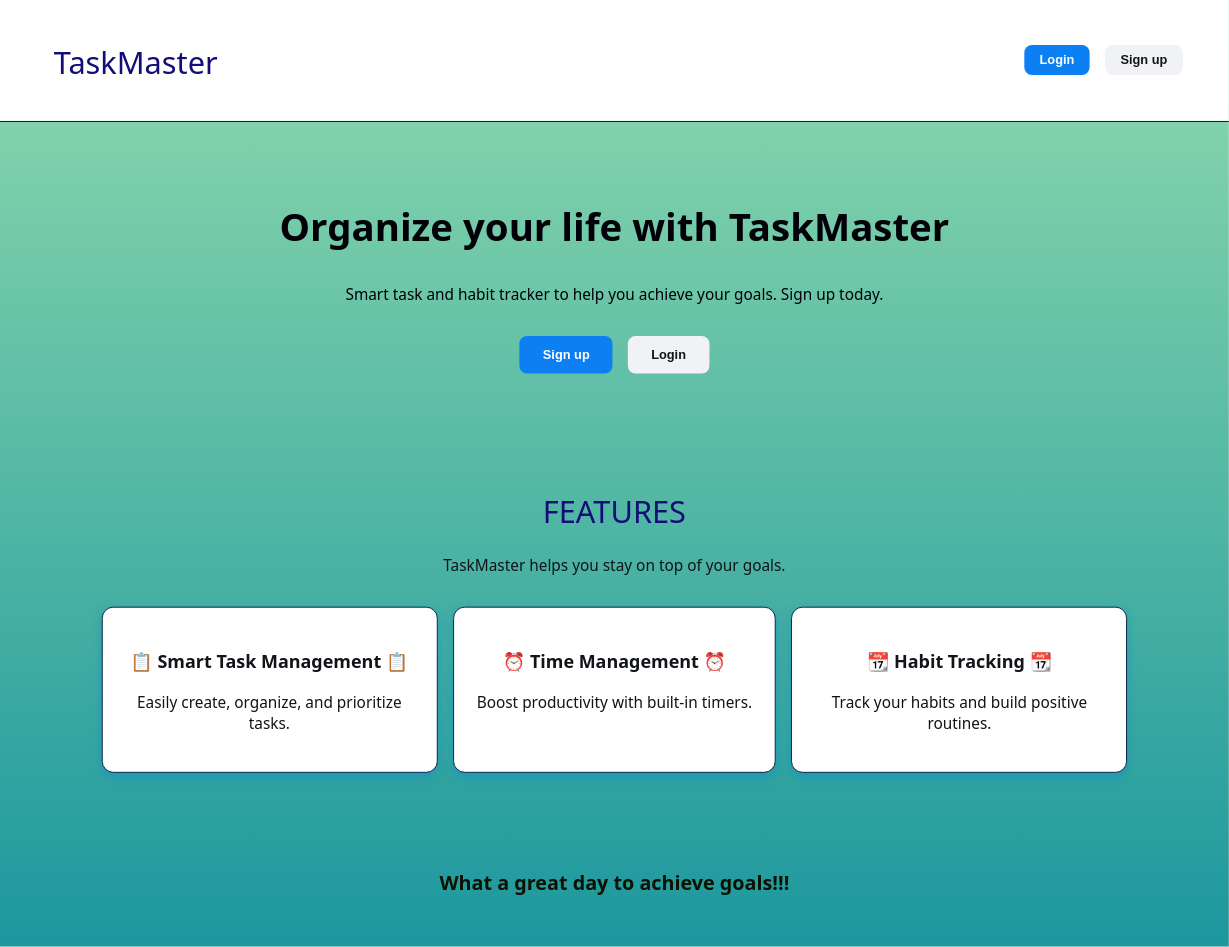
Repository: RachelB9913/smart-task-and-habit-tracker
Page: /
The author's editor kept a copy of each file at every save. The page is drawn from the files as they stood at one save, then again after the next save.
The browser window is 1280 px wide. The pictures show the whole page, at 96% of full size.
The project was rebuilt for these pictures with package versions that can differ from the ones it lists, and the page was loaded fresh each time. Also part of the build but not shown: src/services/api.js, src/components/Login.js, src/components/Register.js.

Above is the page before, as saved 2025-06-18 12:56:04.

After the next save:
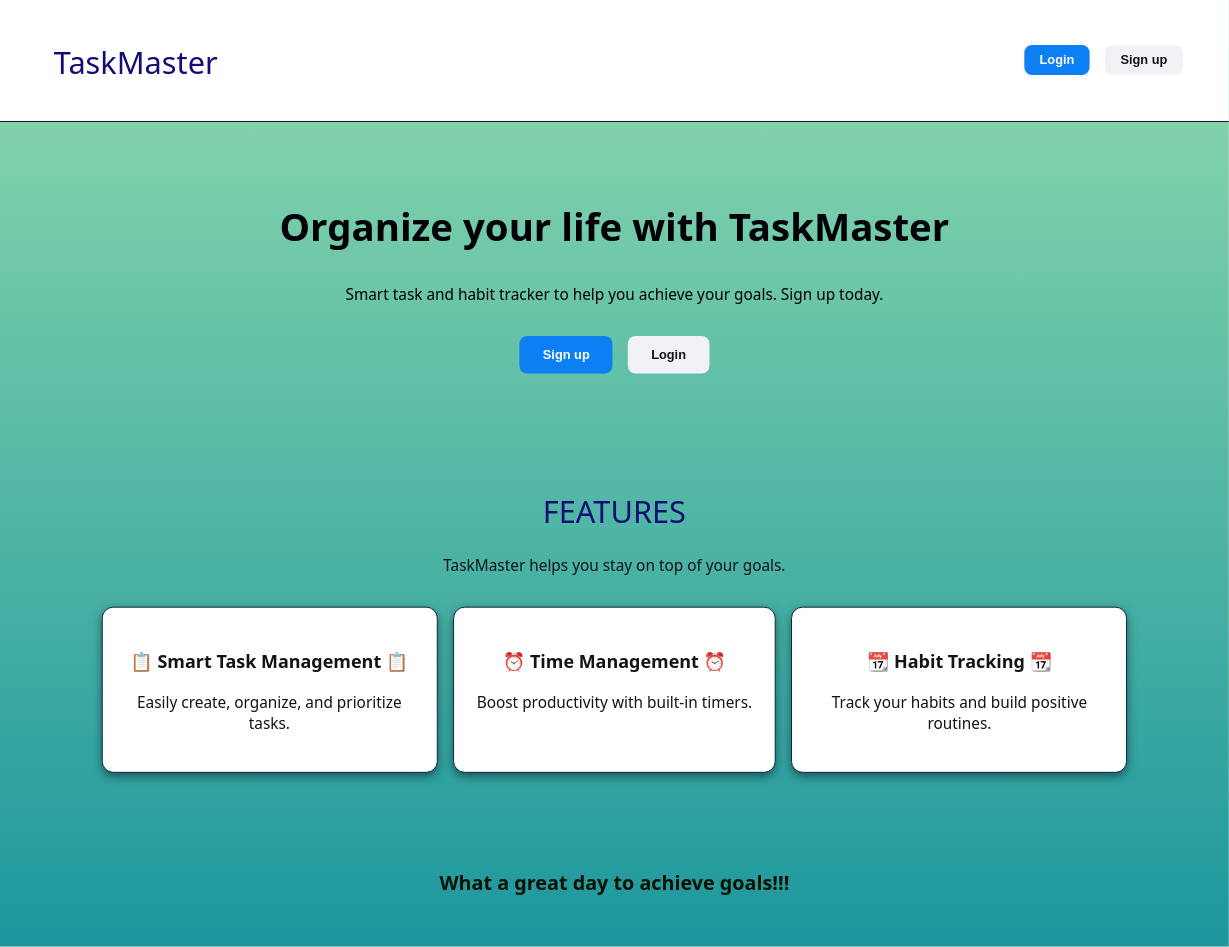
Saved 5 s later.
--- a/src/App.css
+++ b/src/App.css
@@ -163,7 +163,7 @@ h2 {
   max-width: 300px;
   text-align: left;
   text-align: center;
-  box-shadow: 0 4px 10px rgba(11, 138, 206, 0.5);
+  box-shadow: 0 4px 10px rgba(0, 14, 21, 0.5);
 
 }
 
